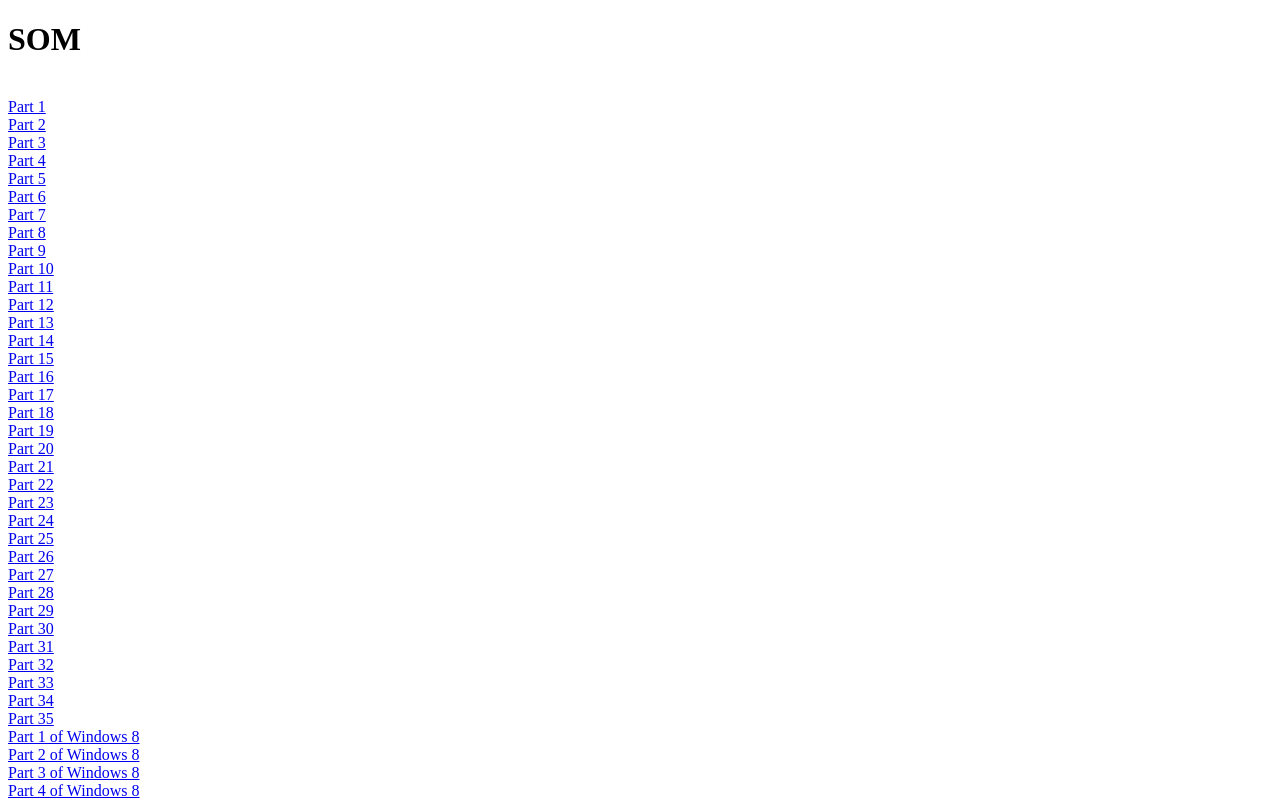
Repository: ebhemmanuel/PWA2
Page: links.html
The author's editor kept a record of every edit. The page is drawn from the files as they stood at one moment, then again after the next edit.
The browser window is 1280 px wide. The pictures show the whole page.

Above is the page before.

### links.html
<!doctype html>
<html lang="en">
<head>
	<meta charset="UTF-8">
	<title>Boom</title>
</head>
<body>
<div class="title">
	<h1>SOM</h1>
</div>
<div class="Parts">
	<br/><a href="http://r4dm.com/d/3be2e3094c" target="_blank">Part 1</a>
	<br/><a href="http://r4dm.com/d/c4f861aea9" target="_blank">Part 2</a>
	<br/><a href="http://r4dm.com/d/9508beb180" target="_blank">Part 3</a>
	<br/><a href="http://r4dm.com/d/dd3823590b" target="_blank">Part 4</a>
	<br/><a href="http://r4dm.com/d/8227bd6b89" target="_blank">Part 5</a>
	<br/><a href="http://r4dm.com/d/e1221e8ff2" target="_blank">Part 6</a>
	<br/><a href="http://r4dm.com/d/9328db4b11" target="_blank">Part 7</a>
	<br/><a href="http://r4dm.com/d/92f0514ebd" target="_blank">Part 8</a>
	<br/><a href="http://r4dm.com/d/d1fba1d019" target="_blank">Part 9</a>
	<br/><a href="http://r4dm.com/d/4570c8dc52" target="_blank">Part 10</a>
	<br/><a href="http://r4dm.com/d/4a8f47bbec" target="_blank">Part 11</a>
	<br/><a href="http://r4dm.com/d/6fb1658cd6" target="_blank">Part 12</a>
	<br/><a href="http://r4dm.com/d/5937caf3b5" target="_blank">Part 13</a>
	<br/><a href="http://r4dm.com/d/72cf761fc4" target="_blank">Part 14</a>
	<br/><a href="http://r4dm.com/d/d47a8c6c75" target="_blank">Part 15</a>
	<br/><a href="http://r4dm.com/d/99e81d87a2" target="_blank">Part 16</a>
	<br/><a href="http://r4dm.com/d/f3da9a9711" target="_blank">Part 17</a>
	<br/><a href="http://r4dm.com/d/32ca4f996d" target="_blank">Part 18</a>
	<br/><a href="http://r4dm.com/d/e825c7169e" target="_blank">Part 19</a>
	<br/><a href="http://r4dm.com/d/f9bd1cd8c8" target="_blank">Part 20</a>
	<br/><a href="http://r4dm.com/d/d68dade99a" target="_blank">Part 21</a>
	<br/><a href="http://r4dm.com/d/d99a8299ce" target="_blank">Part 22</a>
	<br/><a href="http://r4dm.com/d/5188385fbd" target="_blank">Part 23</a>
	<br/><a href="http://r4dm.com/d/6637a1277f" target="_blank">Part 24</a>
	<br/><a href="http://r4dm.com/d/afa2e72944" target="_blank">Part 25</a>
	<br/><a href="http://r4dm.com/d/dda1a24552" target="_blank">Part 26</a>
	<br/><a href="http://r4dm.com/d/fa9299a872" target="_blank">Part 27</a>
	<br/><a href="http://r4dm.com/d/85ff061be6" target="_blank">Part 28</a>
	<br/><a href="http://r4dm.com/d/627ed96817" target="_blank">Part 29</a>
	<br/><a href="http://r4dm.com/d/90279d2d09" target="_blank">Part 30</a>
	<br/><a href="http://r4dm.com/d/039f6befd0" target="_blank">Part 31</a>
	<br/><a href="http://r4dm.com/d/8e2e4f8b67" target="_blank">Part 32</a>
	<br/><a href="http://r4dm.com/d/ca73c523f2" target="_blank">Part 33</a>
	<br/><a href="http://r4dm.com/d/be96701026" target="_blank">Part 34</a>
	<br/><a href="http://r4dm.com/d/ca818999fc" target="_blank">Part 35</a>
	<br/><a href="http://rapidgator.net/file/9ea6e5d07e375f45b94710f2e39793b5/Windows_8.1_AIO_48in1_x64_Activated_With_Update_October_2014_(ENG_RUS_GER_UKR).part1.rar.html">Part 1 of Windows 8</a>
	<br/><a href="http://rapidgator.net/file/646c95010b77b5de64f95584bb896d3a/Windows_8.1_AIO_48in1_x64_Activated_With_Update_October_2014_(ENG_RUS_GER_UKR).part3.rar.html">Part 2 of Windows 8</a>
	<br/><a href="http://rapidgator.net/file/213d832ceec823476dc7b83d99fa775b/Windows_8.1_AIO_48in1_x64_Activated_With_Update_October_2014_(ENG_RUS_GER_UKR).part4.rar.html">Part 3 of Windows 8</a>
	<br/><a href="http://rapidgator.net/file/06edb3a62a13ee85a7c7c1de7b4bada9/Windows_8.1_AIO_48in1_x64_Activated_With_Update_October_2014_(ENG_RUS_GER_UKR).part2.rar.html">Part 4 of Windows 8</a>

</div>
</body>
</html>

After the next edit:
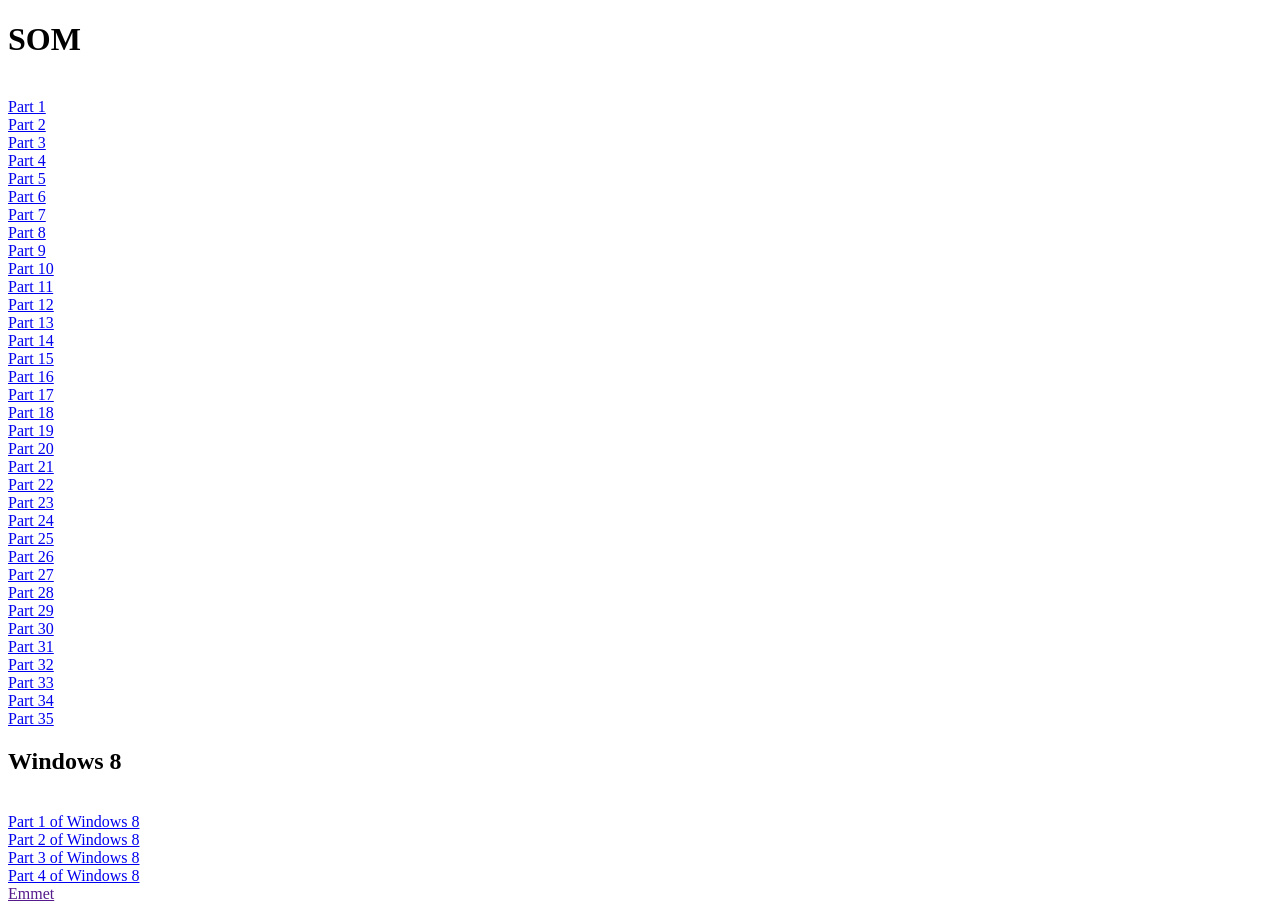
The edit:
--- a/links.html
+++ b/links.html
@@ -44,11 +44,12 @@
 	<br/><a href="http://r4dm.com/d/ca73c523f2" target="_blank">Part 33</a>
 	<br/><a href="http://r4dm.com/d/be96701026" target="_blank">Part 34</a>
 	<br/><a href="http://r4dm.com/d/ca818999fc" target="_blank">Part 35</a>
-	<br/><a href="http://rapidgator.net/file/9ea6e5d07e375f45b94710f2e39793b5/Windows_8.1_AIO_48in1_x64_Activated_With_Update_October_2014_(ENG_RUS_GER_UKR).part1.rar.html">Part 1 of Windows 8</a>
-	<br/><a href="http://rapidgator.net/file/646c95010b77b5de64f95584bb896d3a/Windows_8.1_AIO_48in1_x64_Activated_With_Update_October_2014_(ENG_RUS_GER_UKR).part3.rar.html">Part 2 of Windows 8</a>
-	<br/><a href="http://rapidgator.net/file/213d832ceec823476dc7b83d99fa775b/Windows_8.1_AIO_48in1_x64_Activated_With_Update_October_2014_(ENG_RUS_GER_UKR).part4.rar.html">Part 3 of Windows 8</a>
-	<br/><a href="http://rapidgator.net/file/06edb3a62a13ee85a7c7c1de7b4bada9/Windows_8.1_AIO_48in1_x64_Activated_With_Update_October_2014_(ENG_RUS_GER_UKR).part2.rar.html">Part 4 of Windows 8</a>
-
+	<br/><h2>Windows 8</h2>
+	<br/><a target="_blank" href="http://rapidgator.net/file/9ea6e5d07e375f45b94710f2e39793b5/Windows_8.1_AIO_48in1_x64_Activated_With_Update_October_2014_(ENG_RUS_GER_UKR).part1.rar.html">Part 1 of Windows 8</a>
+	<br/><a target="_blank" href="http://rapidgator.net/file/646c95010b77b5de64f95584bb896d3a/Windows_8.1_AIO_48in1_x64_Activated_With_Update_October_2014_(ENG_RUS_GER_UKR).part3.rar.html">Part 2 of Windows 8</a>
+	<br/><a target="_blank" href="http://rapidgator.net/file/213d832ceec823476dc7b83d99fa775b/Windows_8.1_AIO_48in1_x64_Activated_With_Update_October_2014_(ENG_RUS_GER_UKR).part4.rar.html">Part 3 of Windows 8</a>
+	<br/><a target="_blank" href="http://rapidgator.net/file/06edb3a62a13ee85a7c7c1de7b4bada9/Windows_8.1_AIO_48in1_x64_Activated_With_Update_October_2014_(ENG_RUS_GER_UKR).part2.rar.html">Part 4 of Windows 8</a>
+	<br/><a href="">Emmet</a>
 </div>
 </body>
 </html>
